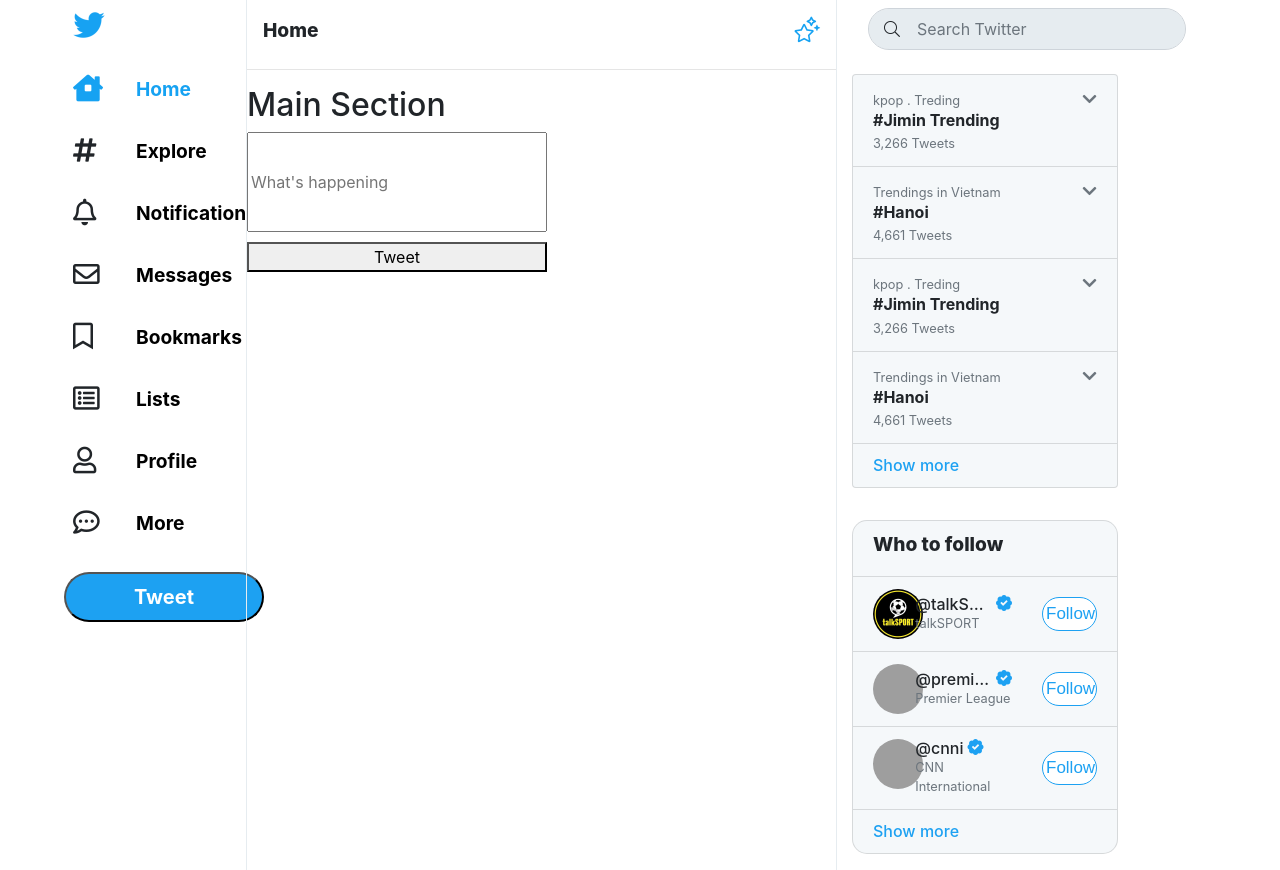
Repository: tts2610/Twitter-clone
Page: index.html
These files come from the project's save history. The page is drawn as it stood at one moment and after the next save; the edit follows.
The browser window is 1280 px wide. The pictures show the whole page.
Pictures or frames that could not be fetched are drawn as grey boxes.

Above is the page before, as saved 2020-05-23 15:09:35.

### index.html
<!DOCTYPE html>
<html lang="en">

<head>
    <meta charset="UTF-8">
    <!-- <meta name="viewport" content="width=device-width, initial-scale=1.0"> -->
    <title>Document</title>
    <link rel="stylesheet" href="css/style.css">
    <!-- Latest compiled and minified CSS -->
    <link rel="stylesheet" href="https://maxcdn.bootstrapcdn.com/bootstrap/4.5.0/css/bootstrap.min.css">

    <!-- jQuery library -->
    <script src="https://ajax.googleapis.com/ajax/libs/jquery/3.5.1/jquery.min.js"></script>

    <!-- Popper JS -->
    <script src="https://cdnjs.cloudflare.com/ajax/libs/popper.js/1.16.0/umd/popper.min.js"></script>

    <!-- Latest compiled JavaScript -->
    <script src="https://maxcdn.bootstrapcdn.com/bootstrap/4.5.0/js/bootstrap.min.js"></script>

    <!-- <link rel="stylesheet" crossorigin="anonymous" href="https://use.fontawesome.com/releases/v5.6.3/css/all.css" integrity="sha384-UHRtZLI+pbxtHCWp1t77Bi1L4ZtiqrqD80Kn4Z8NTSRyMA2Fd33n5dQ8lWUE00s/" /> -->
    <link rel="stylesheet" href="css/all.css">

</head>


<body>
    <div class="container">
        <div class="row">
            <div class="col-2">
                <div class="row">
                    <div class="col"><img src="/img/twt-logo1.png" alt="twitter-logo" width="50" height="50"></div>
                </div>
                <div class="row my-3">
                    <div id="outerMenuContainer" style="color: #16a2f2;">
                        <div class="col-2 mr-4 py-2 px-4" style="font-size: 20px;"><i class="fas fa-house fa-lg"></i></div>
                        <div class="col-10 py-2" style="margin-right: 0px;padding-right: 0px;font-weight: 700;font-size: larger;"> <a href="#Home" style="color: #16a2f2;">Home</a></div>
                    </div>

                </div>
                <div class="row my-3">
                    <div id="outerMenuContainer">
                        <div class="col-2 mr-4 py-2 px-4" style="font-size: 20px;"><i class="fas fa-hashtag fa-lg"></i></div>
                        <div class="col-10" style="margin-right: 0px;padding-right: 0px;font-weight: 700;font-size: larger;"><a href="#services">Explore</a></div>

                    </div>
                </div>
                <div class="row my-3">
                    <div id="outerMenuContainer">
                        <div class="col-2 mr-4 py-2 px-4" style="font-size: 20px;"><i class="far fa-bell fa-lg"></i></div>
                        <div class="col-10" style="margin-right: 0px;padding-right: 0px;font-weight: 700;font-size: larger;"><a href="#clients">Notifications</a></div>

                    </div>
                </div>
                <div class="row my-3">
                    <div id="outerMenuContainer">
                        <div class="col-2 mr-4 py-2 px-4" style="font-size: 20px;"><i class="far fa-envelope fa-lg"></i></div>
                        <div class="col-10" style="margin-right: 0px;padding-right: 0px;font-weight: 700;font-size: larger;"><a href="#contact">Messages</a></div>
                    </div>
                </div>
                <div class="row my-3">
                    <div id="outerMenuContainer">
                        <div class="col-2 mr-4 py-2 px-4" style="font-size: 20px;"><i class="far fa-bookmark fa-lg"></i></div>
                        <div class="col-10" style="margin-right: 0px;padding-right: 0px;font-weight: 700;font-size: larger;"><a href="#clients">Bookmarks</a></div>
                    </div>
                </div>
                <div class="row my-3">
                    <div id="outerMenuContainer">
                        <div class="col-2 mr-4 py-2 px-4" style="font-size: 20px;"><i class="far fa-list-alt fa-lg"></i></div>
                        <div class="col-10" style="margin-right: 0px;padding-right: 0px;font-weight: 700;font-size: larger;"><a href="#contact">Lists</a></div>
                    </div>
                </div>
                <div class="row my-3">
                    <div id="outerMenuContainer">
                        <div class="col-2 mr-4 py-2 px-4" style="font-size: 20px;"><i class="far fa-user fa-lg"></i></div>
                        <div class="col-10" style="margin-right: 0px;padding-right: 0px;font-weight: 700;font-size: larger;"><a href="#clients">Profile</a></div>
                    </div>
                </div>
                <div class="row my-3">
                    <div id="outerMenuContainer">
                        <div class="col-2 mr-4 py-2 px-4" style="font-size: 20px;"><i class="far fa-comment-dots fa-lg"></i></div>
                        <div class="col-10" style="margin-right: 0px;padding-right: 0px;font-weight: 700;font-size: larger;"><a href="#contact">More</a></div>
                    </div>
                </div>
                <div class="row my-3">
                    <div class="col"><button class="tweetbtn" href="#">Tweet</button></div>
                </div>
            </div>

            <div class="col-6" style="border-right: #e6ecf0 solid 1px; border-left: #e6ecf0 solid 1px; padding-left: 0px; padding-right: 0px;">
                <nav class="navbar sticky-top navbar-light my-2" id="leftNav">
                    <span>Home</span>
                    <span style="color: #16a2f2;"><i class="fal fa-stars fa-lg"></i></span>
                </nav>
                <hr/>
                <div>
                    <h2>Main Section</h2>
                    <input type="text" id="tweetArea" placeholder="What's happening">
                    <button id="tweetBtn" onclick="post()">Tweet</button>
                    <span id="remain"></span>
                    <div id="content" class="mt-5">
                    </div>



                </div>
            </div>

            <div class="col-3">
                <nav class="navbar sticky-top navbar-light" id="rightNav">
                    <span style="position: absolute;z-index: 100;"><i class="fal fa-search ml-3"></i></span>
                    <div><input class="form-control mr-sm-2 pl-5" type="search" placeholder="Search Twitter" aria-label="Search" id="search"></div>
                </nav>
                <div id="trendings" class="py-3">
                    <ul class="list-group mb-3">
                        <!-- <li class="list-group-item d-flex justify-content-between lh-condensed header" style="border-radius: 15px 15px 0px 0px;" id="trendingHeader">
                            <div>
                                <div class="trends-header">Trends for you</div>
                            </div>
                            <span class="text-muted"><i class="fal fa-cog" style="COLOR: rgba(29,161,242,1.00); font-size: larger;"></i></span>
                        </li> -->
                        <li class="list-group-item d-flex justify-content-between lh-condensed content" id="trending1">
                            <div>
                                <small class="text-muted">Trendings in Vietnam</small>
                                <h6 class="my-0 hashtag">#Hanoi</h6>
                                <small class="text-muted">4,661 Tweets</small>
                            </div>
                            <span class="text-muted"><i class="fas fa-chevron-down"></i></span>
                        </li>
                        <li class="list-group-item d-flex justify-content-between lh-condensed content" id="trending2">
                            <div>
                                <small class="text-muted">kpop . Treding</small>
                                <h6 class="my-0 hashtag">#Jimin Trending</h6>
                                <small class="text-muted">3,266 Tweets</small>
                            </div>
                            <span class="text-muted"><i class="fas fa-chevron-down"></i></span>
                        </li>
                        <li class="list-group-item d-flex justify-content-between lh-condensed content" id="trending3">
                            <div>
                                <small class="text-muted">Trendings in Vietnam</small>
                                <h6 class="my-0 hashtag">#Hanoi</h6>
                                <small class="text-muted">4,661 Tweets</small>
                            </div>
                            <span class="text-muted"><i class="fas fa-chevron-down"></i></span>
                        </li>
                        <li class="list-group-item d-flex justify-content-between lh-condensed content" id="trending4">
                            <div>
                                <small class="text-muted">kpop . Treding</small>
                                <h6 class="my-0 hashtag">#Jimin Trending</h6>
                                <small class="text-muted">3,266 Tweets</small>
                            </div>
                            <span class="text-muted"><i class="fas fa-chevron-down"></i></span>
                        </li>
                        <li class="list-group-item d-flex justify-content-between lh-condensed content" style="border-radius: 0px 0px 15px 15px">
                            <div>
                                <h6 class="my-0"><a href="#" style="COLOR: rgba(29,161,242,1.00); text-decoration: none;">Show more</a></h6>
                            </div>
                        </li>
                    </ul>
                </div>

                <div id="whoToFollow" class="">
                    <ul class="list-group mb-3">
                        <li class="list-group-item d-flex justify-content-between lh-condensed" style="border-radius: 15px 15px 0px 0px;">
                            <div>
                                <h5 class="whoToFollow-header">Who to follow</h5>
                            </div>
                        </li>
                        <li class="list-group-item content">
                            <div class="row">
                                <div class="col-2">
                                    <img src="img/profileImages/talkSport.jpg" id="moreToFollowImg" alt="Avatar">
                                </div>
                                <div class="col-6">
                                    <div style="display: flex;">
                                        <h6 class="my-0 hashtag">@talkSPORT</h6>
                                        <i class="ml-1 fas fa-badge-check"></i>
                                    </div>

                                    <small class="text-muted">talkSPORT</small>

                                </div>
                                <div class="col-4">
                                    <a href="#" class="followBtn">Follow</a>
                                </div>
                            </div>
                        </li>
                        <li class="list-group-item content">
                            <div class="row">
                                <div class="col-2">
                                    <img src="https://d3pc1xvrcw35tl.cloudfront.net/ln/feedImages/643x481/bwpUoL-J_400x400_ckOpi7f_4RVQqqi_ZPjpFJN_cnPYP1e_202004.jpg" id="moreToFollowImg" alt="Avatar">
                                </div>
                                <div class="col-6">
                                    <div style="display: flex;">
                                        <h6 class="my-0 hashtag">@premierleague</h6>
                                        <i class="ml-1 fas fa-badge-check"></i>
                                    </div>

                                    <small class="text-muted">Premier League</small>

                                </div>
                                <div class="col-4">
                                    <a href="#" class="followBtn">Follow</a>
                                </div>
                            </div>
                        </li>
                        <li class="list-group-item content">
                            <div class="row">
                                <div class="col-2">
                                    <img src="https://upload.wikimedia.org/wikipedia/commons/thumb/6/66/CNN_International_logo.svg/1200px-CNN_International_logo.svg.png" id="moreToFollowImg" alt="Avatar">
                                </div>
                                <div class="col-6">
                                    <div style="display: flex;">
                                        <h6 class="my-0 hashtag">@cnni</h6>
                                        <i class="ml-1 fas fa-badge-check"></i>
                                    </div>

                                    <small class="text-muted">CNN International</small>

                                </div>
                                <div class="col-4">
                                    <a href="#" class="followBtn">Follow</a>
                                </div>
                            </div>
                        </li>
                        <li class="list-group-item d-flex justify-content-between lh-condensed content" style="border-radius: 0px 0px 15px 15px">
                            <div>
                                <h6 class="my-0"><a href="#" style="COLOR: rgba(29,161,242,1.00); text-decoration: none;">Show more</a></h6>
                            </div>
                        </li>
                    </ul>
                </div>
            </div>
        </div>

        <!-- <nav class="navbar sticky-top navbar-expand-lg navbar-light bg-light">
                <a class="navbar-brand" href="#">Navbar</a>
                <button class="navbar-toggler" type="button" data-toggle="collapse" data-target="#navbarSupportedContent" aria-controls="navbarSupportedContent" aria-expanded="false" aria-label="Toggle navigation">
                  <span class="navbar-toggler-icon"></span>
                </button>

                <div class="collapse navbar-collapse" id="navbarSupportedContent">
                    <ul class="navbar-nav mr-auto">
                    </ul>
                    <form class="form-inline my-2 my-lg-0">
                        <input class="form-control mr-sm-2" type="search" placeholder="Search" aria-label="Search">
                        <button class="btn btn-outline-success my-2 my-sm-0" type="submit">Search</button>
                    </form>
                </div>
            </nav> -->
        <!-- <div class="column2">

        </div>

        <div class="column3">

        </div> -->


        <!-- END COL-3 -->
    </div>

    <script src="js/script.js"></script>
    <script src="js/moment.js"></script>
</body>

</html>

### css/style.css
* {
    box-sizing: border-box;
}

body {
    font-family: “Helvetica Neue”, Helvetica, Arial, sans-serif;
}

body .container {
    max-width: 90%;
    padding-left: 0px;
    padding-right: 0px;
}


/* .container {
    width: 60%;
} */

#leftNav {
    display: flex;
    justify-content: space-between;
    font-size: larger;
    font-weight: 800;
    background-color: white;
}

#rightNav {
    width: 100%;
    background-color: white;
}

#rightNav .input-group-prepend {
    background-color: white !important;
    color: white !important;
}

#search {
    border-radius: 30px;
    height: 10px;
    padding: 20px;
    position: relative;
    width: 318px;
    background-color: #e6ecf0;
}

.sidenav {
    height: 100%;
    position: fixed;
    z-index: 1;
    top: 0;
    left: 0;
    background-color: rgb(255, 255, 255);
    overflow-x: hidden;
    padding-top: 20px;
    border-right: 1px solid lightgrey;
}

.sidenav a {
    text-decoration: none;
    font-size: 25px;
    color: #000000;
    display: block;
    font-family: system-ui, -apple-system, BlinkMacSystemFont, "Segoe UI", Roboto, Ubuntu, "Helvetica Neue", sans-serif;
    ;
    margin: 5px;
    margin-bottom: 10px;
}

.sidenav a:hover {
    color: #16afdd;
}

.main {
    margin-left: 160px;
    /* Same as the width of the sidenav /
    font-size: 28px; / Increased text to enable scrolling */
    padding: 0px 10px;
}

@media screen and (max-height: 450px) {
    .sidenav {
        padding-top: 15px;
    }
    .sidenav a {
        font-size: 18px;
    }
}

.tweetbtn {
    height: 50px;
    width: 200px;
    border-radius: 40px;
    background-color: rgb(29, 161, 242);
    color: white;
    font-weight: bolder;
    font-size: 20px;
    cursor: pointer;
    margin-left: 0px;
    margin-top: 10px;
}

.tweetbtn:hover {
    background-color: rgba(26, 145, 218);
}

.home {
    display: flex;
}

.explore {
    display: flex;
}

.notifications {
    display: flex;
}

.messages {
    display: flex;
}

.bookmarks {
    display: flex;
}

.lists {
    display: flex;
}

.profile {
    display: flex;
}

.more {
    display: flex;
}


/* Clear floats after the columns */

.row:after {
    content: "";
    display: table;
    clear: both;
}

tr {
    text-align: center;
}

#tweetArea {
    width: 300px;
    height: 100px
}

#tweetBtn {
    margin-top: 10px;
    width: 300px;
}


/* #trendings {
    background-color: #f5f8fa;
} */

#trendings .list-group-item {
    background-color: #f5f8fa;
}

#trendings .content {
    cursor: pointer;
}

#trendings .trends-header {
    font-weight: 800;
    font-size: larger;
}

#trendings .content:hover {
    filter: brightness(97%)
}

#trendings ul li .hashtag {
    font-weight: 700;
}

#moreToFollowImg {
    border-radius: 50%;
    width: 50px;
    height: 50px;
}

.fa-badge-check {
    color: rgba(29, 161, 242, 1.00);
}

.followBtn {
    -webkit-border-radius: 20px;
    -moz-border-radius: 20px;
    border-radius: 25px;
    color: #1DA1F2;
    font-family: Arial;
    font-size: 17px;
    font-weight: 200;
    padding: 3px;
    background-color: #FFFFFF;
    border: solid #1DA1F2 1px;
    text-decoration: none;
    /* display: inline-block; */
    cursor: pointer;
    text-align: center;
}

.followBtn:hover {
    color: #1DA1F2;
    background: #CFE7F6;
    border-radius: 25px;
    text-decoration: none;
    opacity: 0.7;
}

#whoToFollow .list-group-item {
    background-color: #f5f8fa;
}

#whoToFollow .content {
    cursor: pointer;
}

#whoToFollow .content:hover {
    filter: brightness(97%)
}

#whoToFollow .row .col-6 {
    display: flex;
    flex-direction: column;
    justify-content: center;
}

#whoToFollow .row .col-6 .hashtag {
    text-overflow: ellipsis;
    white-space: nowrap;
    overflow: hidden;
}

#whoToFollow .row .col-4 {
    display: flex;
    flex-direction: column;
    justify-content: center;
}

#whoToFollow .whoToFollow-header {
    font-weight: 800;
    font-size: larger;
}

h6 {
    font-weight: 700;
}

#content .functionBar {
    display: flex;
    justify-content: space-between;
}

#content .row {
    padding: 30px;
    border: 1px solid lightgrey;
}

#content .row div {
    margin-top: 4px;
}

#outerMenuContainer {
    display: flex;
    flex-direction: row;
    align-items: center;
    width: max-content;
}

#outerMenuContainer:hover {
    color: #1DA1F2 !important;
    background: #CFE7F6;
    border-radius: 25px;
    text-decoration: none;
    opacity: 0.7;
    /* padding: 5px 0px 5px 3px;
    width: max-content; */
}

#outerMenuContainer:hover a {
    color: #1DA1F2 !important;
}

#outerMenuContainer a {
    text-decoration: none;
    color: black;
}

Loaded but not shown: css/all.css (library); js/moment.js (library); js/script.js (178 lines, source omitted)

After the next save:
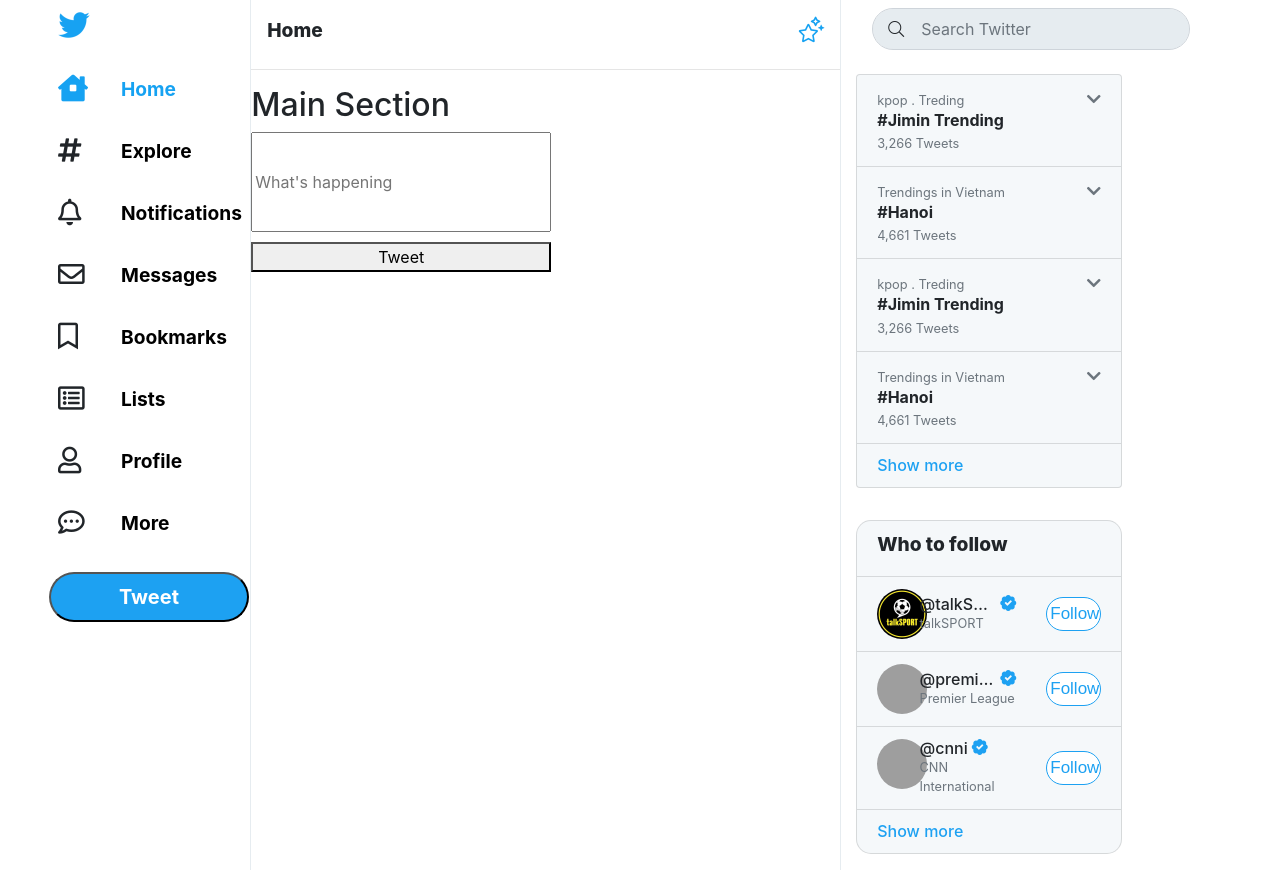
Saved 7 s later.
--- a/index.html
+++ b/index.html
@@ -27,7 +27,7 @@
 <body>
     <div class="container">
         <div class="row">
-            <div class="col-2">
+            <div class="col-3-sm">
                 <div class="row">
                     <div class="col"><img src="/img/twt-logo1.png" alt="twitter-logo" width="50" height="50"></div>
                 </div>
